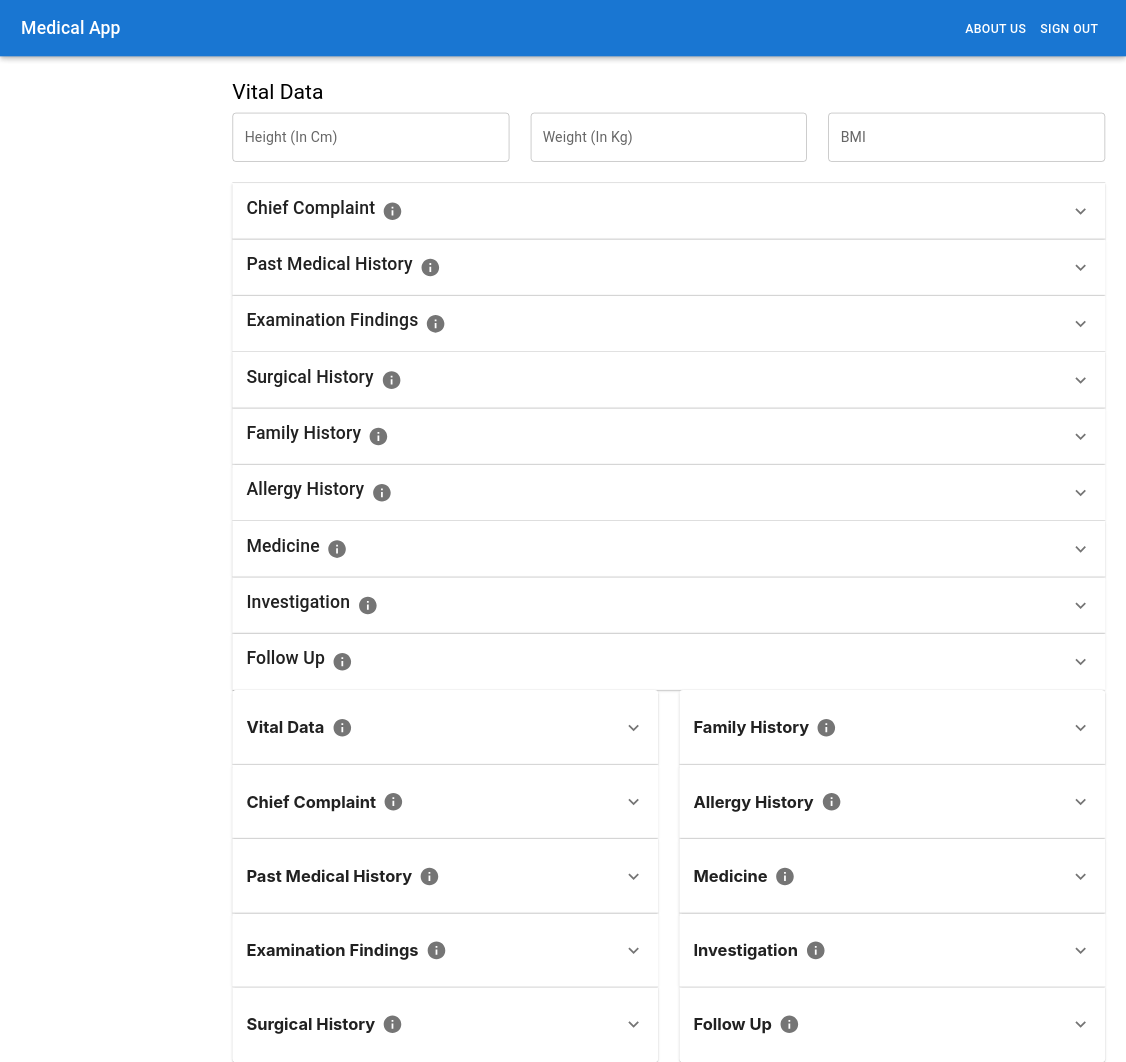
Repository: sshaiv/demo_project
Page: /
The author's editor kept a copy of each file at every save. The page is drawn from the files as they stood at one save, then again after the next save.
The browser window is 1280 px wide. The pictures show the whole page, at 88% of full size.
The project was rebuilt for these pictures with package versions that can differ from the ones it lists, and the page was loaded fresh each time.

Above is the page before, as saved 2024-08-12 20:04:30.

After the next save:
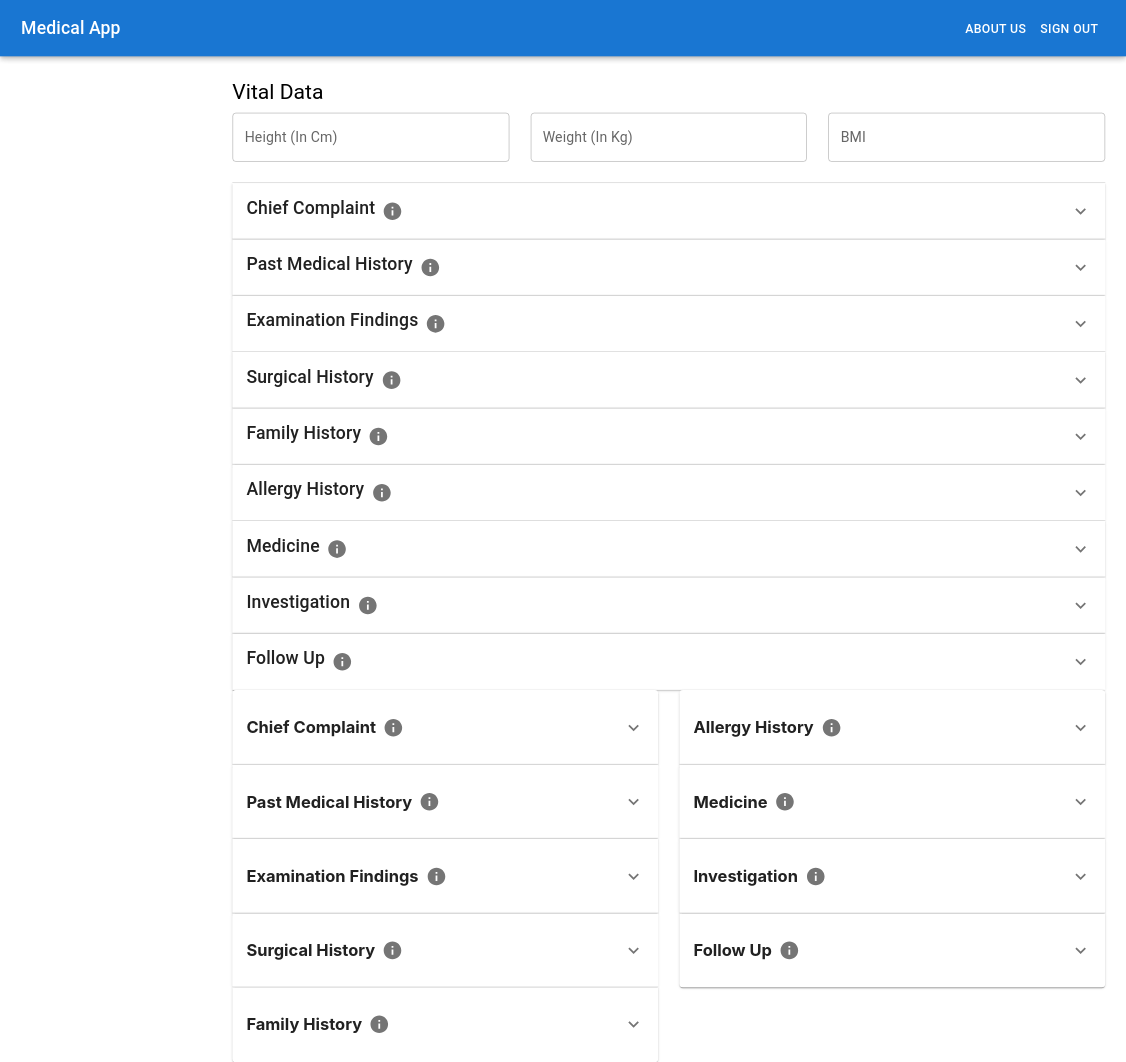
Saved 24 s later.
--- a/src/components/HistoryDetail.js
+++ b/src/components/HistoryDetail.js
@@ -5,7 +5,6 @@ import IconButton from '@mui/material/IconButton';
 import InfoIcon from '@mui/icons-material/Info';
 
 const sections = [
-  { title: 'Vital Data', fields: ['Height', 'Weight', 'BMI', 'BP', 'Temp.', 'Pulse', 'R.R.', 'Head Circumference', 'SpO2', 'Pain Score'] },
   { title: 'Chief Complaint', fields: ['Symptoms'] },
   { title: 'Past Medical History', fields: ['Search Past Medical'] },
   { title: 'Examination Findings', fields: ['Search Findings'] },
